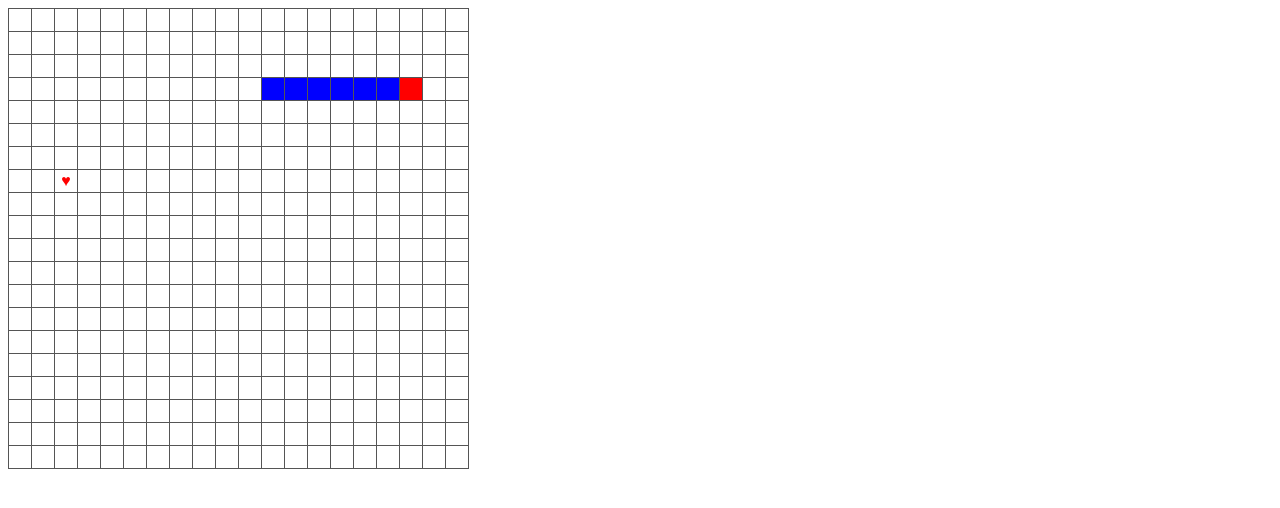
Repository: ycsheng/Games
Page: 01_snake/index.html
These files come from the project's save history. The page is drawn as it stood at one moment and after a run of saves; the edit follows.
The browser window is 1280 px wide. The pictures show the whole page.

Above is the page before, as saved 2021-09-18 16:52:33.

### 01_snake/index.html
<!DOCTYPE html>
<html lang="zh">
<head>
  <meta charset="UTF-8">
  <meta http-equiv="X-UA-Compatible" content="IE=edge">
  <meta name="viewport" content="width=device-width, initial-scale=1.0">
  <title>Document</title>
  <style>
    table {
      border-collapse: collapse;
      border: 1px solid #333
    }
    td {
      width: 20px;
      height: 20px;
      color: red;
      text-align: center;
      border: 1px solid #555;
    }
  </style>
</head>
<body>
  <div id="app"></div>
  <script src="./js/Game.js"></script>
  <script src="./js/Snake.js"></script>
  <script src="./js/Food.js"></script>
  <script>
    var game = new Game();
  </script>
</body>
</html>

### 01_snake/js/Game.js
/*
  1. 在构造函数中创建一个空对象
  2. 将执行上下文指向这个空对象
  3. 执行里面的所有函数
  4. 执行完成后，返回对象
*/
function Game() {
  // 创建表格
  this.row = 20;  // 行数
  this.col = 20;  //列数
  // 初始化节点
  this.init();
  // 实例化蛇类
  this.snake = new Snake();
  // 执行定时器任务
  this.start();
  // 键盘的事件监听
  this.bindEvent();
  // 食物位置
  this.food = new Food(this);

  // this.snake.render();
}
// 舞台设计
Game.prototype.init = function() {
  this.dom = document.createElement("table");
  var tr, td;
  // 遍历行和列上树
  for(var i = 0; i < this.row; i++) {
    // 遍历行，创建节点上树
    tr = document.createElement("tr");
    for(var j = 0; j < this.col; j++) {
      // 遍历列，创建节点上树
      td = document.createElement("td");
      tr.appendChild(td)
    }
    // 追加节点上树
    this.dom.appendChild(tr);
  }
  // 表格上树
  document.getElementById("app").appendChild(this.dom)
}

// 清屏方法
Game.prototype.clear = function() {
  // 遍历表格，擦除画布
  for(var i = 0; i < this.row; i++) {
    for(var j = 0; j < this.col; j++) {
      this.dom.getElementsByTagName("tr")[i].getElementsByTagName("td")[j].style.background = "white"
      this.dom.getElementsByTagName("tr")[i].getElementsByTagName("td")[j].innerHTML = ""
    }
  }
}

// 设置颜色的方法
Game.prototype.setColor = function(row, col, color) {
  // 让表格的第几行，第几列设置颜色的方法
  this.dom.getElementsByTagName("tr")[row].getElementsByTagName("td")[col].style.background = color;
}

// 渲染食物
Game.prototype.setHTML = function(row, col, html) {
  this.dom.getElementsByTagName("tr")[row].getElementsByTagName("td")[col].innerHTML = html;
}

// 设置键盘的事件监听
Game.prototype.bindEvent = function() {
  var self = this;
  // 键盘事件
  document.onkeydown = function(event) {
    console.log(event.keyCode);
    // 39 40 37 38
    switch(event.keyCode) {
      case 39:
        if(self.snake.direction == "L") return;
        // self.snake.direction = "R";
        self.snake.changeDirection("R");
        break;
      case 40:
        if(self.snake.direction == "T") return;
        // self.snake.direction = "D";
        self.snake.changeDirection("D");
        break;
      case 37:
        if(self.snake.direction == "R") return;
        // self.snake.direction = "L";
        self.snake.changeDirection("L");
        break;
      case 38:
        if(self.snake.direction == "D") return;
        // self.snake.direction = "T";
        self.snake.changeDirection("T");
        break;
    }
  }
}

// 定时器
Game.prototype.start = function() {
  this.timer = setInterval(function() {
    // 定时器里面的核心就是游戏的渲染本质，清屏-更新-渲染
    // 清除屏幕，解决蛇会边长但不运动
    game.clear();
    // 渲染蛇
    game.snake.render();
    // 蛇的运动
    game.snake.update();
    // 渲染食物
    game.food.render();
  }, 500)
}

### 01_snake/js/Snake.js
function Snake() {
  // 蛇的初始化身体
  this.body  = [
    {"row": 3, "col": 8},
    {"row": 3, "col": 7},
    {"row": 3, "col": 6},
    {"row": 3, "col": 5},
    {"row": 3, "col": 4},
    {"row": 3, "col": 3},
    {"row": 3, "col": 2},
  ];
  // 信号量，设置的运动方向
  this.direction = "R";
  // 即将改变的方向，目的是为例防止出现原地掉头的情况
  this.willDirection = "R"
}

// 蛇的运动
Snake.prototype.update = function() {
  // 当前的direction接收一个willDirection
  this.direction = this.willDirection;

  // 头部
  // this.body.unshift({"row": this.body[0].row, "col": this.body[0].col + 1});
  // 蛇的不容方向的运动
  switch(this.direction) {
    case "R": // 右
      this.body.unshift({"row": this.body[0].row, "col": this.body[0].col + 1});
      break;
    case "D": // 下
      this.body.unshift({"row": this.body[0].row + 1, "col": this.body[0].col});
      break;
    case "L": // 左
      this.body.unshift({"row": this.body[0].row, "col": this.body[0].col - 1});
      break;
    case "T": // 上
      this.body.unshift({"row": this.body[0].row - 1, "col": this.body[0].col});
      break;
  }
  // 死亡的判定--越界
  if(this.body[0].row > game.row - 1 || this.body[0].col > game.col - 1 || this.body[0].row < 0 || this.body[0].col < 0) {
    alert("gameover");
    this.body.shift();
    clearInterval(game.timer);
  }
  // 蛇撞到了自己
  for(var i = 1; i < this.body.length; i++) {
    if(this.body[0].row == this.body[i].row && this.body[0].col == this.body[i].col) {
      alert("gameover");
      this.body.shift();
      clearInterval(game.timer);
    }
  }
  // 蛇吃食物
  if(this.body[0].row == game.food.row &&　this.body[0].col == game.food.col) {
    game.food = new Food(game);
  } else {
    // 尾部减一，尾部不删就代表增加
    this.body.pop();
  }

}

// 蛇的方向改变，防止在一次渲染之前会出现掉头的情况
Snake.prototype.changeDirection = function(next) {
  this.willDirection = next;
}

/*
  Snake的render谁来调用？如果Snake自己的构造函数调用得不到game
  因为Game类还没有执行完四步走
  解决方案：定时器，异步
*/
Snake.prototype.render = function() {
  // 蛇头的渲染
  game.setColor(this.body[0].row, this.body[0].col, "red");
  // 蛇身体的渲染
  for(var i = 1; i < this.body.length; i++) {
    game.setColor(this.body[i].row, this.body[i].col, "blue")
  }
}

### 01_snake/js/Food.js
function Food(gameSnake) {
  var self = this;
  // 食物的位置
  // 先创建一个row和col，然后判断这个row和col是否在蛇的身上
  do{
    this.row = parseInt(Math.random() * gameSnake.row);
    this.col = parseInt(Math.random() * gameSnake.col);
  }while ((function() {
    // 遍历蛇的row和col，
    for(var i = 0; i < gameSnake.snake.body.length; i++) {
      if(gameSnake.snake.body[i].row == self.row && gameSnake.snake.body[i].col == self.col) {
        return true;
      }
      return false;
    }
  })())
}

Food.prototype.render = function() {
  game.setHTML(this.row, this.col, "♥");
}

After the next 2 saves:
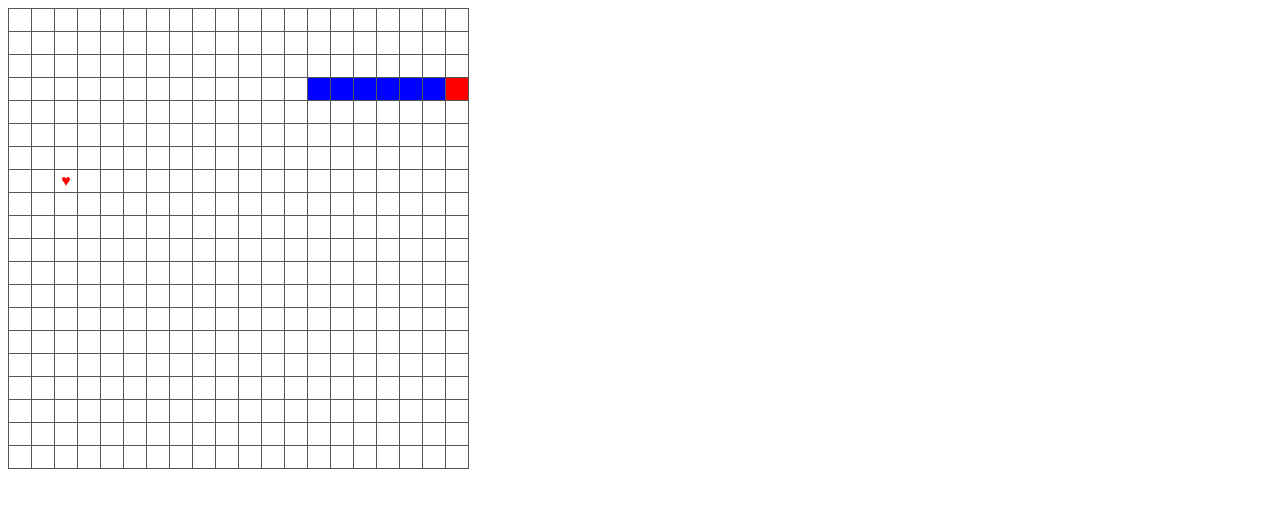
The 2 saves are shown as one change because they came seconds apart.
The last was saved 99 s later.
--- a/01_snake/js/Game.js
+++ b/01_snake/js/Game.js
@@ -97,8 +97,11 @@ Game.prototype.bindEvent = function() {
 
 // 定时器
 Game.prototype.start = function() {
+  // 帧编号
+  this.f = 0;
   this.timer = setInterval(function() {
     // 定时器里面的核心就是游戏的渲染本质，清屏-更新-渲染
+    game.f++;
     // 清除屏幕，解决蛇会边长但不运动
     game.clear();
     // 渲染蛇
@@ -107,5 +110,5 @@ Game.prototype.start = function() {
     game.snake.update();
     // 渲染食物
     game.food.render();
-  }, 500)
+  }, 50)
 }
